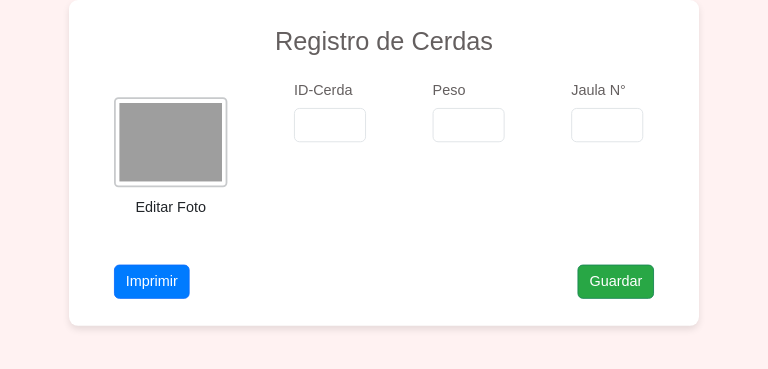
Repository: Mateojimenezz/Granja-Santa-Helena
Page: fomularioRegHembrasPreñadas.html
An editor plug-in stored every save of this project. The page is shown before and after a run of saves, followed by the edit.
The browser window is 768 px wide. The pictures show the whole page.
Pictures or frames that could not be fetched are drawn as grey boxes.

Above is the page before, as saved 2025-04-29 10:05:22.

### fomularioRegHembrasPreñadas.html
<!DOCTYPE html>
<html lang="es">
<head>
  <meta charset="UTF-8">
  <meta name="viewport" content="width=device-width, initial-scale=1.0">
  <title>Formulario de Registro de Cerdas</title>
  <link href="https://cdn.jsdelivr.net/npm/bootstrap@5.3.0/dist/css/bootstrap.min.css" rel="stylesheet">
  <link rel="stylesheet" href="./assets/css/fomularioRegHembrasPreñadas.css">
</head>
<body>
    <div class="form-container">
        <h2 class="text-center mb-4">Registro de Cerdas</h2>
        <form id="cerdaForm">
          <!-- Campos principales: ID, Peso y Jaula -->
          <div class="row mb-3">
            <div class=" col-md-3 DivphotoCerda text-center mb-4">
                <!-- Imagen de la cerda -->
                <img id="cerdaPhoto" src="./assets/img/default-photo.jpg" alt="Foto de la Cerda" class="img-thumbnail" >
                <!-- Botón para editar foto -->
                <a class="btn btn-cerdaPhoto mt-1" onclick="document.getElementById('photoInput').click()">Editar Foto</a>
                <!-- Input oculto para subir la foto -->
                <input type="file" id="photoInput" style="display: none;" accept="image/*" onchange="updatePhoto(event)">
              </div>
            <div class="col-md-2 input-group1 mb-3">
              <label for="idCerda" class="form-label">ID-Cerda</label>
              <input type="text" class="form-control" id="idCerda" name="idCerda" required>
            </div>
            <div class="col-md-2 input-group1">
              <label for="pesoCerda" class="form-label">Peso</label>
              <input type="text" class="form-control" id="pesoCerda" name="pesoCerda" required>
            </div>
            <div class="col-md-2 input-group1">
              <label for="jaulaCerda" class="form-label">Jaula N°</label>
              <input type="text" class="form-control" id="jaulaCerda" name="jaulaCerda" required>
            </div>
          </div>

          <!-- Botones de imprimir y guardar -->
          <div class="button-group text-center">
            <button type="button" class="btn btn-primary btn-print me-2" onclick="imprimirFormulario()">Imprimir</button>
            <button type="submit" class="btn btn-success btn-save">Guardar</button>
          </div>
        </form>
      </div>


  <!-- Bootstrap JavaScript -->
  <script src="https://cdn.jsdelivr.net/npm/bootstrap@5.3.0/dist/js/bootstrap.bundle.min.js"></script>
  <script src="./assets/js/fomularioRegHembrasPreñadas.js"></script>

</body>
</html>

### assets/css/fomularioRegHembrasPreñadas.css
@import "./variables.css";
body {
    background-color: var(--color-FondoDiv2);
    font-family: Arial;
    color: var(--color-TextoMenuLateral);
    transform: scale(0.9); /* Escalar el contenido al 90% */
    transform-origin: top ; /* Mantener el contenido en la esquina superior izquierda */
    padding: 0;
  }
.form-container {
    max-width: 700px;
    margin: auto;
    padding: 30px 50px;
    background-color: var( --fondo-formularios);
    border-radius: 10px;
    box-shadow: 0 4px 8px rgba(0, 0, 0, 0.1);
  }
  .button-group {
    display: flex;
    justify-content: space-between;
    margin-top: 20px;
  }
  .btn-print {
    background-color: #007bff;
    color: white;
  }
  .btn-save {
    background-color: #28a745;
    color: white;
  }
  .btn:hover {
    opacity: 0.9;
  }
  .DivphotoCerda {
    margin-top: 20px;
    width: 150px;

  }
  .DivphotoCerda img {
    border-radius: 5px;
    border: 2px solid #c8cacc;
    width: 150px;
    height: 100px;
    object-fit: cover;
  }
  .input-group1{
    gap: 20px;
    margin-left: 50px;
  }

### assets/js/fomularioRegHembrasPreñadas.js

// Función para imprimir el formulario
function imprimirFormulario() {
  window.print();
}

// Función para guardar los datos
document.getElementById('cerdaForm').addEventListener('submit', async function (event) {
  event.preventDefault();

  // Crear un objeto FormData para enviar los datos
  const formData = new FormData(this);

  try {
    // Enviar los datos al backend
    const response = await fetch('http://localhost:3000/guardarCerda', {
      method: 'POST',
      body: formData
    });

    if (response.ok) {
      alert('Cerda registrada correctamente');
      this.reset(); // Reinicia el formulario
    } else {
      alert('Error al guardar los datos');
    }
  } catch (error) {
    console.error('Error:', error);
    alert('Ocurrió un problema al guardar los datos.');
  }
});
// Función para actualizar la foto de la cerda
function updatePhoto(event) {
const file = event.target.files[0];
if (file) {
const reader = new FileReader();
reader.onload = function (e) {
  const photoElement = document.getElementById('cerdaPhoto');
  photoElement.src = e.target.result;

  // Añadir margin-top de -20px
  photoElement.style.marginTop = '-20px';
};
reader.readAsDataURL(file);
}
}

### assets/css/variables.css
/* variables.css */
:root {
    --color-principal: #1CAD48 ;
    --color-Botones: rgba(255, 187, 0, 0.47);
    --color-texto: white;
    --color-fondo: #f5f5f5;
    --font-principal: 'calistoga','arial';
    --color-fondoDiv: #F8E91C;
    --color-FondoDiv2:#FFF2F2;
    --color-Footter: #D9D9D9;
    --letra-gris: #B0B0B7;
    --color-menu-lateral:#BDEAAD;
    --color-TextoMenuLateral:#645f5f; /* Color de texto del menú lateral */
    --fondo-formularios:#FFFFFF; /* Color de fondo de los formularios */
  }

After the next 3 saves:
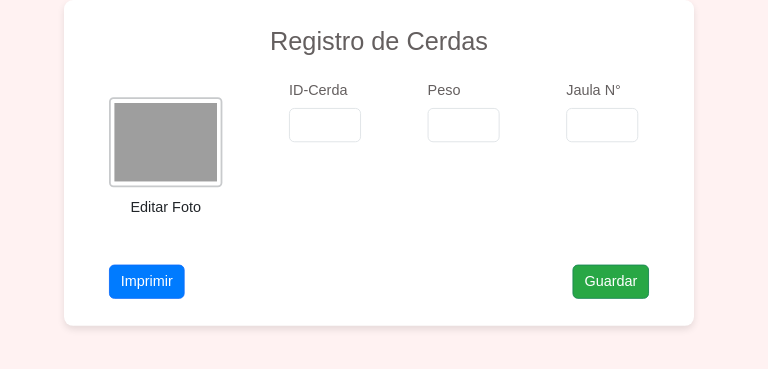
The 3 saves are shown as one change because they came seconds apart.
The last was saved 32 s later.
--- a/assets/css/fomularioRegHembrasPreñadas.css
+++ b/assets/css/fomularioRegHembrasPreñadas.css
@@ -47,3 +47,11 @@ body {
     gap: 20px;
     margin-left: 50px;
   }
+
+  @media screen and (max-width: 991px) {
+    body {
+      transform: scale(0.9); /* Escalar el contenido al 90% en pantallas pequeñas */
+      margin-left: -10px; /* Elimina el margen en pantallas pequeñas */
+      overflow: hidden; /* Evita el scroll horizontal */
+
+    }}
